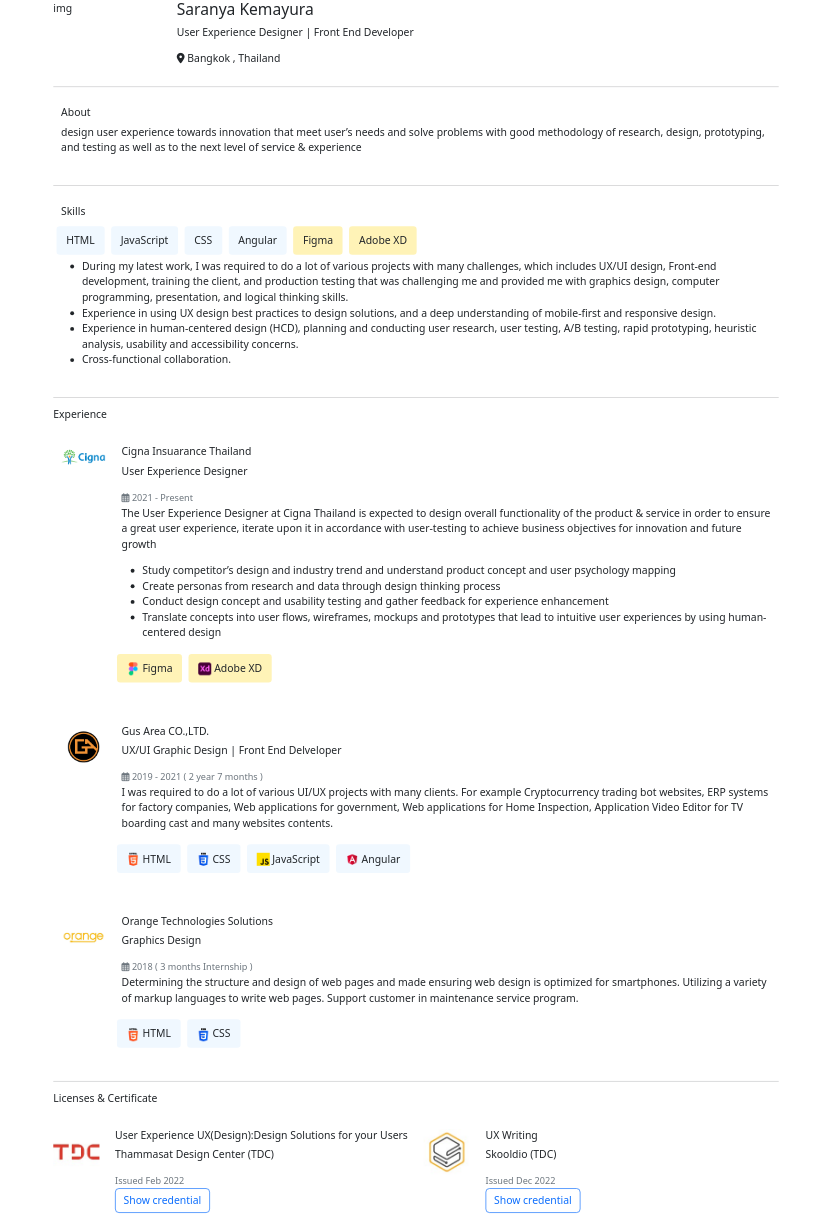
Repository: 0910th/portfolio
Page: index.html
An editor plug-in stored every save of this project. The page is shown before and after the next save, followed by the edit.
The browser window is 1280 px wide. The pictures show the whole page, at 65% of full size.

Above is the page before, as saved 2022-12-22 16:12:35.

### index.html
<!doctype html>
<html lang="en">

<head>
    <meta charset="utf-8">
    <meta name="viewport" content="width=device-width, initial-scale=1">
    <title>Saranya Portfolio</title>

    <link href="./css/bootstrap.min.css" rel="stylesheet" crossorigin="anonymous">
    <link href="./css/mystyle.css" rel="stylesheet" crossorigin="anonymous">
    <!--font awesome -->
    <link rel="stylesheet" href="./fontawesome/css/all.css" type="text/css">
    <link rel="stylesheet" href="./fontawesome/css/fontawesome.css">
    <link rel="stylesheet" href="./fontawesome/css/brands.css">
    <link rel="stylesheet" href="./fontawesome/css/solid.css">
</head>

<body>

    <div class="container-md">
        <!-- Content here -->
        <!-- section01 Name  -->
        <div class="row justify-content-start">
            <div class="col-2">
                img
            </div>
            <div class="col-10">
                <h4>Saranya Kemayura</h4>
                <p>User Experience Designer | Front End Developer</p>
                <p><i class="fa-solid fa-location-dot"></i> Bangkok , Thailand </p>
            </div>

        </div>
        <hr>
        <div class="row mg-30">

            <h6>About</h6>
            <p>design user experience towards innovation that meet user’s needs and solve problems with good methodology of
                research,
                design, prototyping, and testing as well as to the next level of service & experience</p>
        </div>
        <hr>
        <div class="row mg-30">
            <h6>Skills</h6>
            <div class="badge-text code">HTML</div>
            <div class="badge-text code">JavaScript</div>
            <div class="badge-text code">CSS</div>
            <div class="badge-text code">Angular</div>
            <div class="badge-text design">Figma</div>
            <div class="badge-text design">Adobe XD</div>
            <div class="text-list">
                <ul>
                    <li> During my latest work, I was required to do a lot of various projects with many challenges, which includes UX/UI design,
                    Front-end development, training the client, and production testing that was challenging me and provided me with graphics
                    design, computer programming, presentation, and logical thinking skills.</li>
                    <li> Experience in using UX design best practices to design solutions, and a deep understanding of mobile-first and
                    responsive design.</li>
                    <li> Experience in human-centered design (HCD), planning and conducting user research, user testing, A/B testing, rapid
                    prototyping, heuristic analysis, usability and accessibility concerns.</li>
                    <li> Cross-functional collaboration.</li>
                </ul>
            </div>
        </div>
        <hr>
        <div class="row">

            <h6>Experience</h6>
            <div class="row mg-30 ">
                <div class="col">
                    <img class="office-logo" src="/images/cignalogo.png">
                </div>
                <div class="col-11">
                    <h6> Cigna Insuarance Thailand </h6>
                    <p> User Experience Designer </p>
                    <small class="text-muted"> <i class="fa-regular fa-calendar-days"></i> 2021 - Present </small>

                    <p > The User Experience Designer at Cigna Thailand is expected to design overall functionality of the product & service in
                    order to ensure a great user experience, iterate upon it in accordance with user-testing to achieve business objectives
                    for innovation and future growth </p>
                        <ul>
                            <li>Study competitor’s design and industry trend and understand product concept and user psychology mapping</li>
                            <li>Create personas from research and data through design thinking process</li>
                            <li>Conduct design concept and usability testing and gather feedback for experience enhancement</li>
                            <li>Translate concepts into user flows, wireframes, mockups and prototypes that lead to intuitive user experiences by
                            using human-centered design</li>
                        </ul>
                        <div class="row">
                            <div class="badge-text design"><img src="/images/figma.png" class="icon-logo"> Figma </div>
                            <div class="badge-text design"><img src="/images/xd.png" class="icon-logo"> Adobe XD </div>

                        </div>
                </div>

            </div>
            <div class="row mg-30">
                <div class="col">
                    <img class="office-logo" src="/images/guslogo.png">
                </div>
                <div class="col-11">
                    <h6> Gus Area CO.,LTD.   </h6>
                    <p> UX/UI Graphic Design | Front End Delveloper </p>
                    <small class="text-muted"> <i class="fa-regular fa-calendar-days"></i> 2019 - 2021 ( 2 year 7 months ) </small>

                    <p> I was required to do a lot of various UI/UX projects with many clients. For example Cryptocurrency trading bot websites,
                    ERP systems for factory companies, Web applications for government, Web applications for Home Inspection, Application
                    Video Editor for TV boarding cast and many websites contents.  </p>
                    <div class="row">
                        <div class="badge-text code"><img src="/images/html-5.png" class="icon-logo"> HTML </div>
                        <div class="badge-text code"><img src="/images/css-3.png" class="icon-logo"> CSS </div>
                        <div class="badge-text code"><img src="/images/js.png" class="icon-logo"> JavaScript </div>
                        <div class="badge-text code"><img src="/images/angular.png" class="icon-logo"> Angular </div>
                    </div>


                </div>

            </div>
            <div class="row mg-30">
                <div class="col">
                    <img class="office-logo" src="/images/orangelogo.jpg">
                </div>
                <div class="col-11">
                    <h6> Orange Technologies Solutions  </h6>
                    <p> Graphics Design </p>
                    <small class="text-muted"> <i class="fa-regular fa-calendar-days"></i> 2018 ( 3 months Internship ) </small>

                    <p> Determining the structure and design of web pages and made
                        ensuring web design is optimized for smartphones. Utilizing a variety of
                        markup languages to write web pages. Support customer in maintenance
                        service program. </p>
                    <div class="row">
                        <div class="row">
                            <div class="badge-text code"><img src="/images/html-5.png" class="icon-logo"> HTML </div>
                            <div class="badge-text code"><img src="/images/css-3.png" class="icon-logo"> CSS </div>

                        </div>
                    </div>
                </div>

            </div>
        </div>
        <hr>
        <h6>Licenses & Certificate</h6>
        <div class="row">


                <div class="col-md-6 mg-30">
                    <div class="row">
                        <div class="col-md-2">
                            <img class="office-logo" src="/images/tdclogo.jpg">
                        </div>
                        <div class="col-md-10">
                            <h6>User Experience UX(Design):Design Solutions for your Users</h6>
                            <p>Thammasat Design Center (TDC)</p>
                            <small class="text-muted"> Issued Feb 2022 </small>
                            <div class="">
                                <a class="btn btn-outline-primary"
                                    href="https://drive.google.com/file/d/1K9nLmPM9IpYpREJaLTQpupgg0pyApNxf/view?usp=sharing" target="_blank">Show
                                    credential</a>
                            </div>
                        </div>
                    </div>

                </div>
                <div class="col-md-6 mg-30">
                    <div class="row">
                        <div class="col-md-2">
                            <img class="office-logo" src="/images/skooldiologo.jpg">
                        </div>
                        <div class="col-md-10">
                            <h6>UX Writing</h6>
                            <p>Skooldio (TDC)</p>
                            <small class="text-muted"> Issued Dec 2022 </small>
                            <div class="">
                                <a class="btn btn-outline-primary" href="https://drive.google.com/file/d/1BEAHY4evkZaUVi4WXsF9LlQV7Dov4a3x/view?usp=sharing" target="_blank">Show credential</a>
                            </div>
                        </div>
                    </div>

                </div>


        </div>




    </div>



    <!-- script -->
    <script src="https://cdn.jsdelivr.net/npm/@popperjs/core@2.11.6/dist/umd/popper.min.js"
        integrity="sha384-oBqDVmMz9ATKxIep9tiCxS/Z9fNfEXiDAYTujMAeBAsjFuCZSmKbSSUnQlmh/jp3"
        crossorigin="anonymous"></script>
    <script src="https://cdn.jsdelivr.net/npm/bootstrap@5.2.3/dist/js/bootstrap.min.js"
        integrity="sha384-cuYeSxntonz0PPNlHhBs68uyIAVpIIOZZ5JqeqvYYIcEL727kskC66kF92t6Xl2V"
        crossorigin="anonymous"></script>
</body>

</html>

### css/mystyle.css
.text-right {
    text-align: right;
}
.mg-30 {
    margin: 30px 0px;
}
.badge-text {
    padding: 10px 15px;
    margin: 5px 5px;
    border-radius: 5px;
    text-align: justify;
    vertical-align: middle;
    width: max-content;

}
.badge-text.code {
    background-color: #f0f8ff;
}
.badge-text.design {
    background-color: #fff3b7;
}

.icon-logo {
    max-width: 20px;
    height: auto;
}
.office-logo {
    max-width: 100%;
}

Loaded but not shown: css/bootstrap.min.css (library); fontawesome/css/all.css (library); fontawesome/css/fontawesome.css (library); fontawesome/css/solid.css (common file); fontawesome/css/brands.css (1432 lines, source omitted)

After the next save:
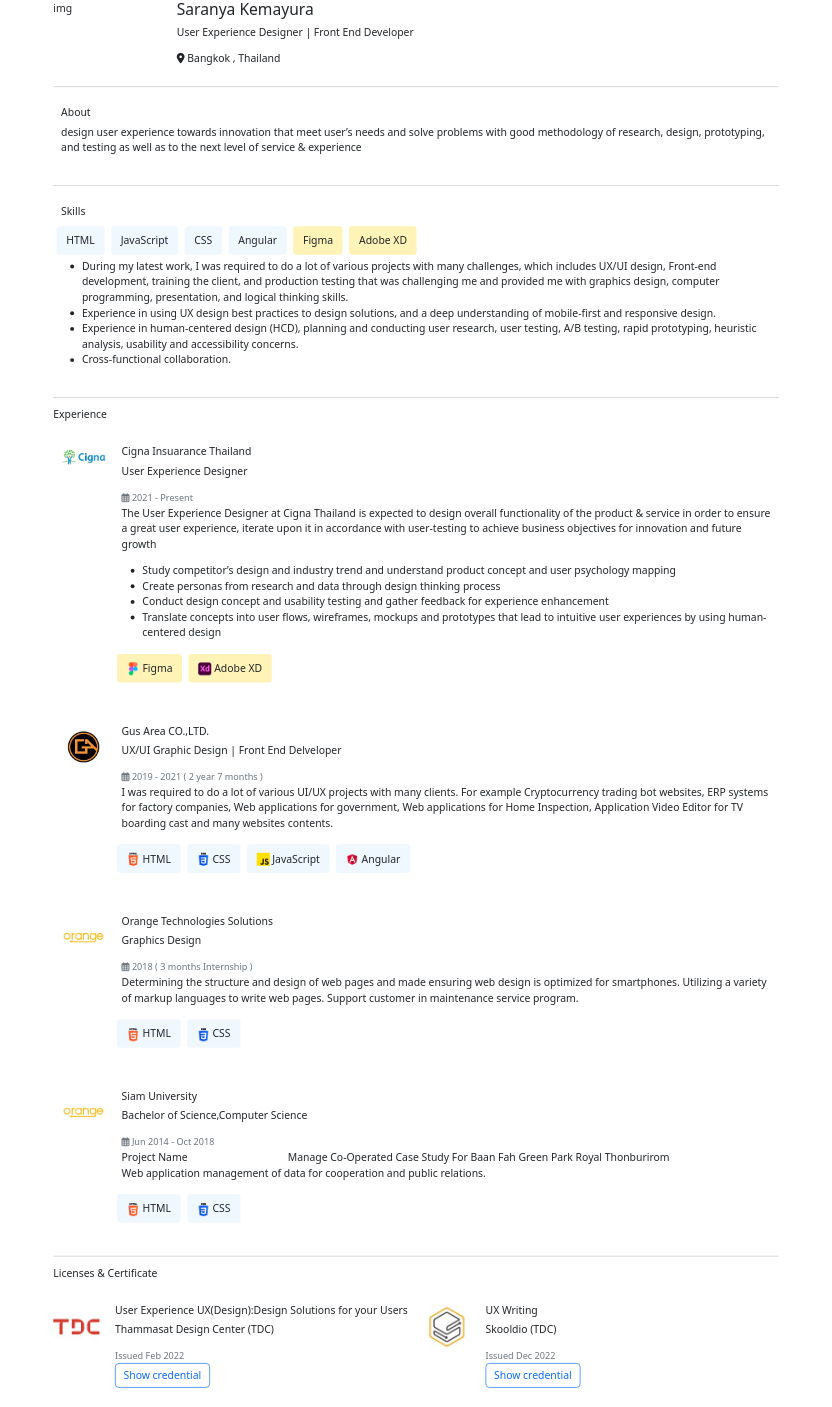
Saved 16 min 33 s later.
--- a/index.html
+++ b/index.html
@@ -138,6 +138,33 @@
                 </div>
 
             </div>
+            <div class="row mg-30">
+                <div class="col">
+                    <img class="office-logo" src="/images/orangelogo.jpg">
+                </div>
+                <div class="col-11">
+                    <h6> Siam University </h6>
+                    <p> Bachelor of Science,Computer Science </p>
+                    <small class="text-muted"> <i class="fa-regular fa-calendar-days"></i> Jun 2014 - Oct 2018 </small>
+
+                    <div class="row">
+                        <div class="col-md-3"> Project Name </div>
+                        <div class="col-md-9"> Manage Co-Operated Case Study For Baan Fah Green Park Royal
+                        Thonburirom </div>
+                    </div>
+
+                    <p> Web application management of data for cooperation and public
+                    relations. </p>
+                    <div class="row">
+                        <div class="row">
+                            <div class="badge-text code"><img src="/images/html-5.png" class="icon-logo"> HTML </div>
+                            <div class="badge-text code"><img src="/images/css-3.png" class="icon-logo"> CSS </div>
+
+                        </div>
+                    </div>
+                </div>
+
+            </div>
         </div>
         <hr>
         <h6>Licenses & Certificate</h6>
